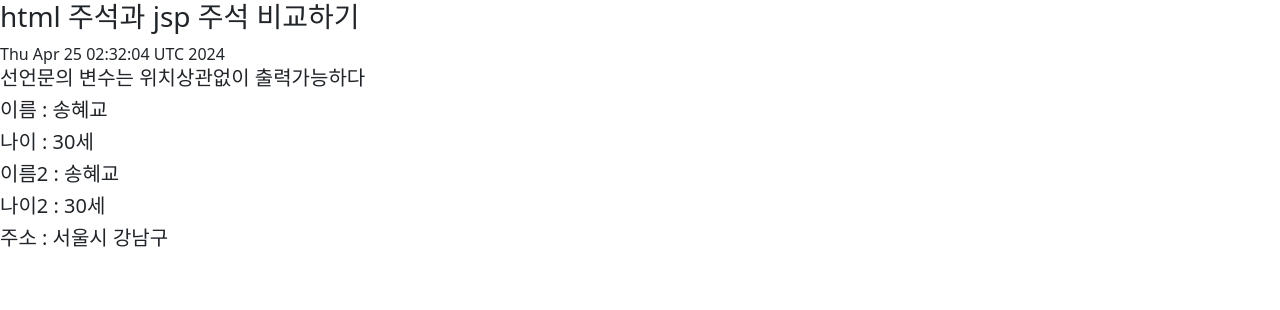
Repository: hyuck9409/newnaver0314
Page: http://localhost/StartWebProject/ex1_hello.jsp
The author's editor kept a copy of each file at every save. The page is drawn from the files as they stood at one save, then again after the next save.
The browser window is 1280 px wide. The pictures show the whole page.
The page is served by Tomcat 9.

Above is the page before, as saved 2024-04-25 05:44:16.

### naver0314devops11/javawork/StartWebProject/src/main/webapp/ex1_hello.jsp
<%@page import="java.util.Date"%>
<%@ page language="java" contentType="text/html; charset=UTF-8"
	pageEncoding="UTF-8"%>
<!DOCTYPE html>
<html>
<head>
<meta charset="UTF-8">
<title>Insert title here</title>
<link
	href="https://cdn.jsdelivr.net/npm/bootstrap@5.3.3/dist/css/bootstrap.min.css"
	rel="stylesheet">
<script
	src="https://cdn.jsdelivr.net/npm/bootstrap@5.3.3/dist/js/bootstrap.bundle.min.js"></script>
<link rel="stylesheet"
	href="https://cdn.jsdelivr.net/npm/bootstrap-icons@1.8.0/font/bootstrap-icons.css">
<script src="https://code.jquery.com/jquery-3.7.0.js"></script>
<style>
</style>
</head>
<body>
	<h3>html 주석과 jsp 주석 비교하기</h3>
	<!-- html 주석입니다 -->
	<%--jsp 주석입니다 --%>
	<%=new Date()%>

	<!-- html 주석입니다,<%=new Date()%> -->
	<%--jsp 주석입니다,<%=new Date()%> --%>

	<h5>선언문의 변수는 위치상관없이 출력가능하다</h5>
	<h5>이름 : <%=name %></h5>
	<h5>나이 : <%=age %>세</h5>

	<%!
	//선언문이라고 부른다
	//여기서 선언하는 변수는 서블릿으로 변환시 위치 상관없이 멤버변수로 선언된다
	String name="송혜교";
	int age=30;
	%>

	<h5>이름2 : <%=name %></h5>
	<h5>나이2 : <%=age %>세</h5>


	<%
	//스크립트릿이라고 부른다(scriptlet)
	//자바영역:서블릿변환시 특정 메소드 내의 지역변수로 선언된다
	String addr="서울시 강남구";

	%>
	<h5>주소 : <%=addr %></h5>
</body>
</html>

After the next save:
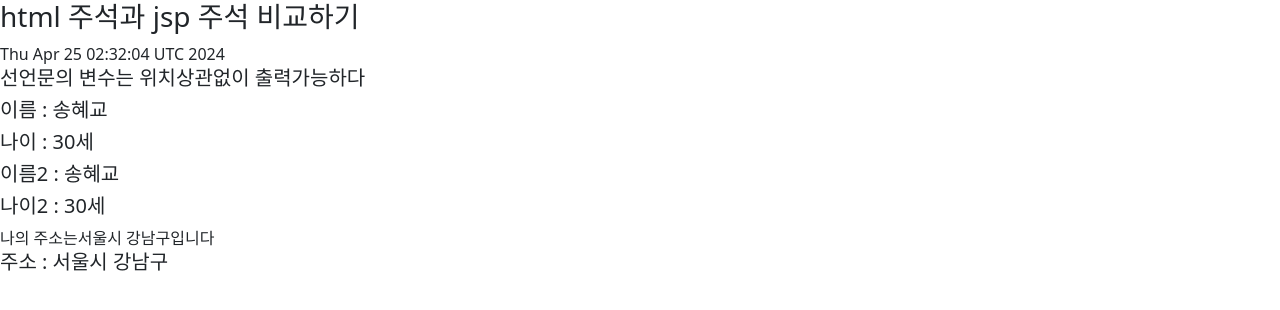
Saved 2 min 6 s later.
--- a/naver0314devops11/javawork/StartWebProject/src/main/webapp/ex1_hello.jsp
+++ b/naver0314devops11/javawork/StartWebProject/src/main/webapp/ex1_hello.jsp
@@ -45,7 +45,8 @@
 	//스크립트릿이라고 부른다(scriptlet)
 	//자바영역:서블릿변환시 특정 메소드 내의 지역변수로 선언된다
 	String addr="서울시 강남구";
-
+	//내장객체중 out 을 이용해서 출력해도 된다
+	out.print("나의 주소는"+addr+"입니다<br>");
 	%>
 	<h5>주소 : <%=addr %></h5>
 </body>
